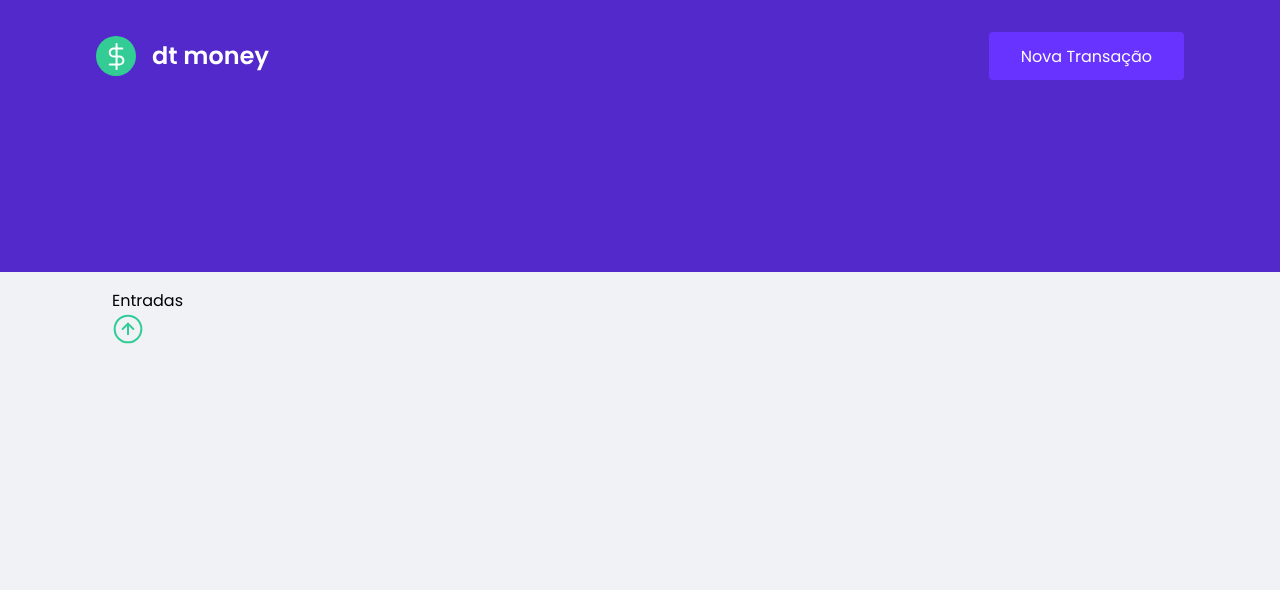
Repository: FreitasGabriel/dtmoney
Page: /
These files come from the project's save history. The page is drawn as it stood at one moment and after the next save; the edit follows.
The browser window is 1280 px wide. The pictures show the whole page.
The project was rebuilt for these pictures with package versions that can differ from the ones it lists, and the page was loaded fresh each time.

Above is the page before, as saved 2021-03-15 21:06:50.

### public/index.html
<!DOCTYPE html>
<html lang="en">

<head>
    <link rel="preconnect" href="https://fonts.gstatic.com">
    <meta charset="UTF-8">
    <meta name="viewport" content="width=device-width, initial-scale=1.0">
    <link rel="shortcut icon" href="favicon.png" type="image/png">
    <link href="https://fonts.googleapis.com/css2?family=Poppins:wght@400;600&display=swap" rel="stylesheet">
    <title>DT Money</title>
</head>

<body>
    <div id="root"></div>
</body>

</html>

### src/App.tsx
import { Dashboard } from "./components/Dashboard";
import { Header } from "./components/Header";
import { GlobalStyle } from "./styles/global"

export default function App() {
  return (
    <>
      <Header />
      <Dashboard />
      <GlobalStyle />
    </>
  );
}

### src/components/Dashboard/index.tsx
import { Summary } from '../Summary'
import { Container } from './styles'

export function Dashboard() {
    return (
        <Container>
            <Summary />
        </Container>
    )
}

### src/components/Header/index.tsx
import logoImg from "../../assets/logo.svg"
import { Container, Content } from "./styles"

export function Header() {
    return (
        <Container>
            <Content>
                <img src={logoImg} alt="dt money" />
                <button type="button">
                    Nova Transação
                </button>
            </Content>
        </Container>
    )
}

### src/styles/global.ts
import { createGlobalStyle } from 'styled-components'

export const GlobalStyle = createGlobalStyle`

    :root {
        --background: #F0F2F5;
        --shape: #FFFFFF;

        --red: #E52E4D;
        --blue: #5429CC;

        --blue-light: #6933FF;
        --text-title: #363F5F;
        --text-body: #969CB3;

    }

    * {
        margin: 0;
        padding: 0;
        box-sizing: border-box;
    }

    //font-size: 16px - padrão(Desktop)
    html {
        @media(max-width: 1080px){
            font-size: 93.75%; // Vai fazer com que o font-size tenha 15px
        }

        @media(max-width: 720px){
            font-size: 87.5%; // Vai fazer com que o font-size tenha 14px
        }
    }

    // REM = 1rem = font-size padrão da página.

    body {
        background: var(--background);
        -webkit-font-smoothing: antialiased;
    }

    body, input, textarea, button {
        font-family: 'Poppins', sans-serif;
        font-weight: 400;
    }

    h1, h2, h3, h4, h5, h6, strong{
        font-weight: 600;
    }

    button {
        cursor: pointer;
    }

    [disabled] {
        opacity: 0.6;
        cursor: not-allowed;
    }


`

### src/components/Summary/index.tsx
import incomeImg from '../../assets/income.svg'

import { Container } from './styles'

export function Summary() {
    return (
        <Container>
            <div>
                <header>
                    <p>Entradas</p>
                    <img src={incomeImg} alt="" />
                </header>
            </div>
        </Container>
    )
}

### src/components/Dashboard/styles.ts
import styled from 'styled-components'

export const Container = styled.main`
    max-width: 1120px;
    margin: 0 auto;
    padding: 1rem 2rem;
`

### src/components/Header/styles.ts
import styled from 'styled-components'

export const Container = styled.header`
    background: var(--blue);
`

export const Content = styled.div`
    max-width: 1120px;
    margin: 0 auto;

    padding: 2rem 1rem 12rem;
    display: flex;
    align-items: center;
    justify-content: space-between;

    button{
        font-size: 1rem;
        color: var(--shape);
        background: var(--blue-light);
        border: 0;
        padding: 0 2rem;
        border-radius: 0.25rem;
        height: 3rem;

        transition: filter 0.2s;

        &:hover{
            filter: brightness(0.9);
        }
    }


`

Loaded but not shown: src/index.tsx (common file); src/components/Summary/styles.ts (common file)

After the next save:
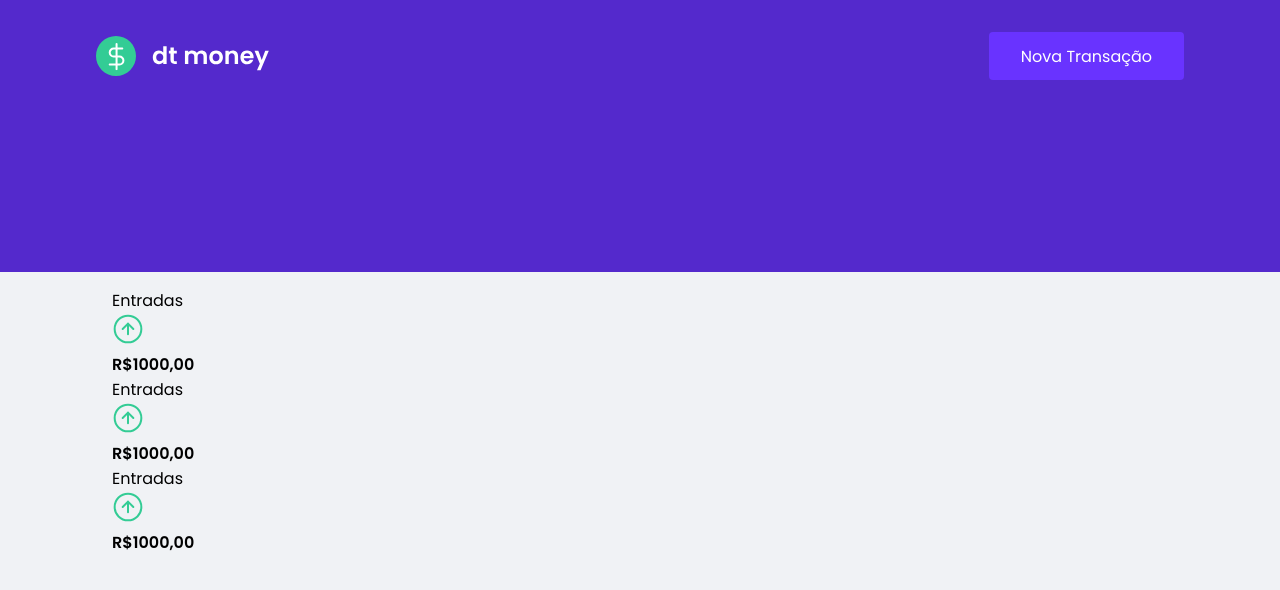
Saved 35 s later.
--- a/src/components/Summary/index.tsx
+++ b/src/components/Summary/index.tsx
@@ -8,8 +8,23 @@ export function Summary() {
             <div>
                 <header>
                     <p>Entradas</p>
-                    <img src={incomeImg} alt="" />
+                    <img src={incomeImg} alt="Entradas" />
                 </header>
+                <strong>R$1000,00</strong>
+            </div>
+            <div>
+                <header>
+                    <p>Entradas</p>
+                    <img src={incomeImg} alt="Entradas" />
+                </header>
+                <strong>R$1000,00</strong>
+            </div>
+            <div>
+                <header>
+                    <p>Entradas</p>
+                    <img src={incomeImg} alt="Entradas" />
+                </header>
+                <strong>R$1000,00</strong>
             </div>
         </Container>
     )
